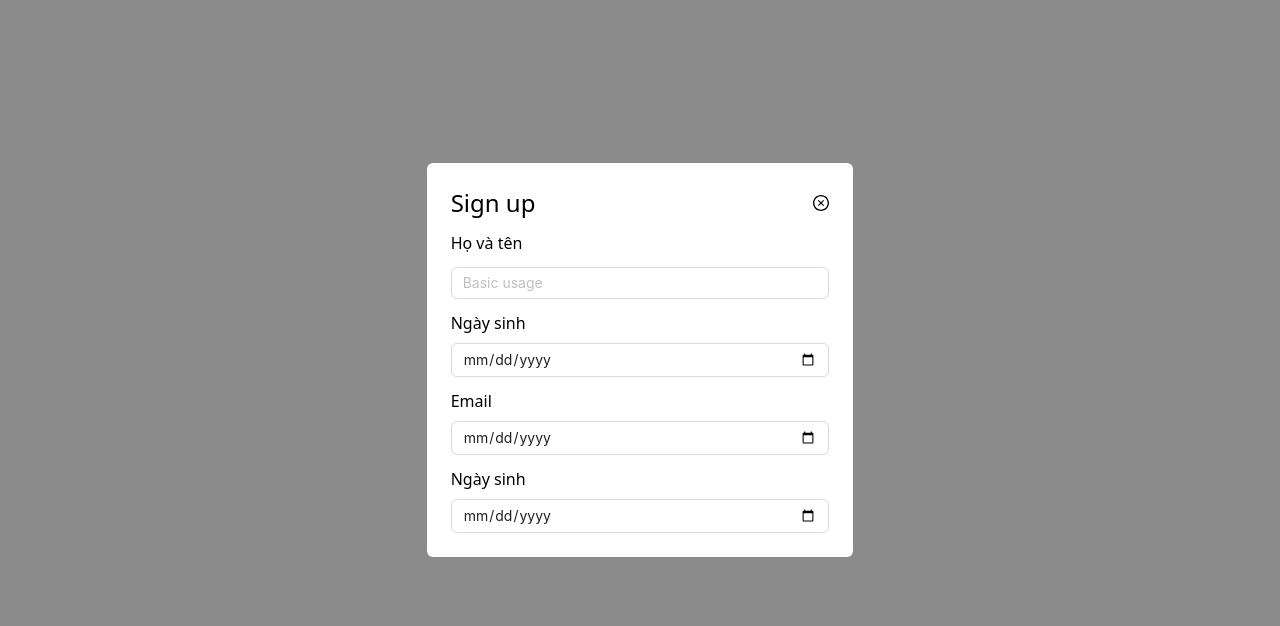
Repository: TinhTT336/MD02_Session14
Page: / (app in client/)
The author's editor kept a copy of each file at every save. The page is drawn from the files as they stood at one save, then again after the next save.
The browser window is 1280 px wide. The pictures show the whole page.
The project was rebuilt for these pictures with package versions that can differ from the ones it lists, and the page was loaded fresh each time. Also part of the build but not shown: client/vite.config.js, client/src/firebase/configFirebase.js, client/src/components/UploadSingleFile.jsx, client/src/components/register/register.css, client/src/components/register/Register.jsx, client/src/components/register/RegisterWithImg.jsx.

Above is the page before, as saved 2023-09-14 14:15:51.

### client/index.html
<!DOCTYPE html>
<html lang="en">
  <head>
    <meta charset="UTF-8" />
    <link rel="icon" type="image/svg+xml" href="/vite.svg" />
    <meta name="viewport" content="width=device-width, initial-scale=1.0" />
    <title>Vite + React</title>
    <!-- <link
      href="https://cdn.jsdelivr.net/npm/bootstrap@5.0.2/dist/css/bootstrap.min.css"
      rel="stylesheet"
      integrity="sha384-EVSTQN3/azprG1Anm3QDgpJLIm9Nao0Yz1ztcQTwFspd3yD65VohhpuuCOmLASjC"
      crossorigin="anonymous"
    />
    <link
      rel="stylesheet"
      href="https://cdnjs.cloudflare.com/ajax/libs/font-awesome/6.4.2/css/all.min.css"
      integrity="sha512-z3gLpd7yknf1YoNbCzqRKc4qyor8gaKU1qmn+CShxbuBusANI9QpRohGBreCFkKxLhei6S9CQXFEbbKuqLg0DA=="
      crossorigin="anonymous"
      referrerpolicy="no-referrer"
    /> -->
  </head>
  <body>
    <div id="root"></div>
    <script type="module" src="/src/main.jsx"></script>
  </body>
</html>

### client/src/App.jsx

import './App.css'
import UploadSingleFile from './components/UploadSingleFile'
import Register from './components/register/Register'
import RegisterWithImg from './components/register/RegisterWithImg'
import Signup from './components/signup/Signup'

function App() {

  return (
    <>
      {/* <UploadSingleFile /> */}
      {/* <Register /> */}
      {/* <RegisterWithImg /> */}
      <Signup />
    </>
  )
}

export default App

### client/src/components/signup/Signup.jsx
import React from 'react';
import { CloseCircleOutlined } from "@ant-design/icons";
import { Input } from 'antd';

export default function Signup() {
    return (
        <>
            <div className='fixed top-0 left-0 right-0 bottom-0 flex items-center justify-center bg-rgba-black'>
                <form className='bg-white p-6 rounded-md w-2/6'>
                    <div className='flex items-center justify-between'>
                        <h3 className='text-2xl'>Sign up</h3>
                        <CloseCircleOutlined className='cursor-pointer hover:bg-slate-300 rounded-full' />
                    </div>
                    <div className='mt-3'>
                        <label htmlFor="name">Họ và tên</label>
                        <Input placeholder="Basic usage" className='mt-3' name='name' id='name' />
                    </div>
                    <div className='mt-3'>
                        <label htmlFor="dateOfBirth">Ngày sinh</label>
                        <Input placeholder="Basic usage" className='mt-2' name='dateOfBirth' id='dateOfBirth' type='date' />
                    </div>
                    <div className='mt-3'>
                        <label htmlFor="email">Email</label>
                        <Input placeholder="Basic usage" className='mt-2' name='email' id='email' type='date' />
                    </div>
                    <div className='mt-3'>
                        <label htmlFor="name">Ngày sinh</label>
                        <Input placeholder="Basic usage" className='mt-2' name='name' id='name' type='date' />
                    </div>
                </form>
            </div>

        </>
    )
}

### client/tailwind.config.js
/** @type {import('tailwindcss').Config} */
export default {
  content: ["./index.html", "./src/**/*.{js,ts,jsx,tsx}"],
  theme: {
    extend: {
      backgroundColor: {
        "rgba-black": "rgba(0,0,0,0.45)",
      },
    },
  },
  plugins: [],
};

Loaded but not shown: client/src/main.jsx (common file); client/src/index.css (common file); client/src/App.css (common file)

After the next save:
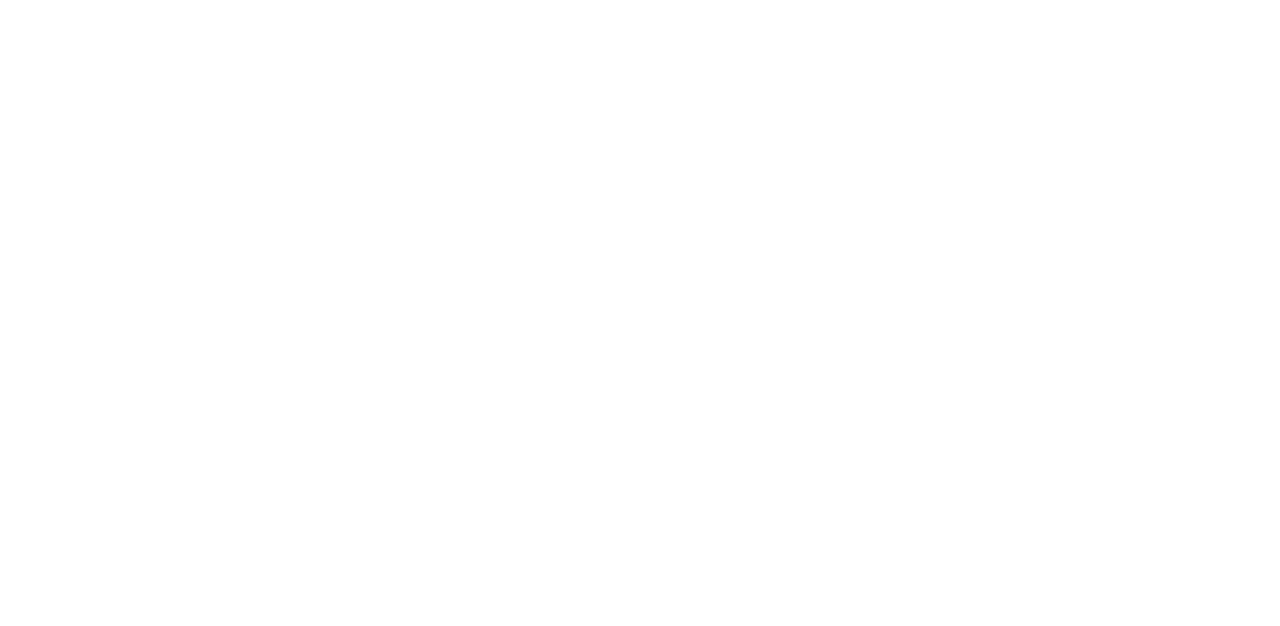
Console error: ReferenceError: useState is not defined
Saved 106 s later.
--- a/client/src/components/signup/Signup.jsx
+++ b/client/src/components/signup/Signup.jsx
@@ -1,8 +1,13 @@
 import React from 'react';
 import { CloseCircleOutlined } from "@ant-design/icons";
-import { Input } from 'antd';
+import { Input, Radio } from 'antd';
 
 export default function Signup() {
+    const [value, setValue] = useState(1);
+    const onChange = (e) => {
+        console.log('radio checked', e.target.value);
+        setValue(e.target.value);
+    };
     return (
         <>
             <div className='fixed top-0 left-0 right-0 bottom-0 flex items-center justify-center bg-rgba-black'>
@@ -20,6 +25,16 @@
                         <Input placeholder="Basic usage" className='mt-2' name='dateOfBirth' id='dateOfBirth' type='date' />
                     </div>
                     <div className='mt-3'>
+                        <label htmlFor="dateOfBirth">Giới tính</label>
+                        <div>
+                            <Radio.Group onChange={onChange} value={value}>
+                                <Radio value={1}>A</Radio>
+                                <Radio value={2}>B</Radio>
+                                <Radio value={3}>C</Radio>
+                            </Radio.Group>
+                        </div>
+                    </div>
+                    <div className='mt-3'>
                         <label htmlFor="email">Email</label>
                         <Input placeholder="Basic usage" className='mt-2' name='email' id='email' type='date' />
                     </div>

After the save that followed:
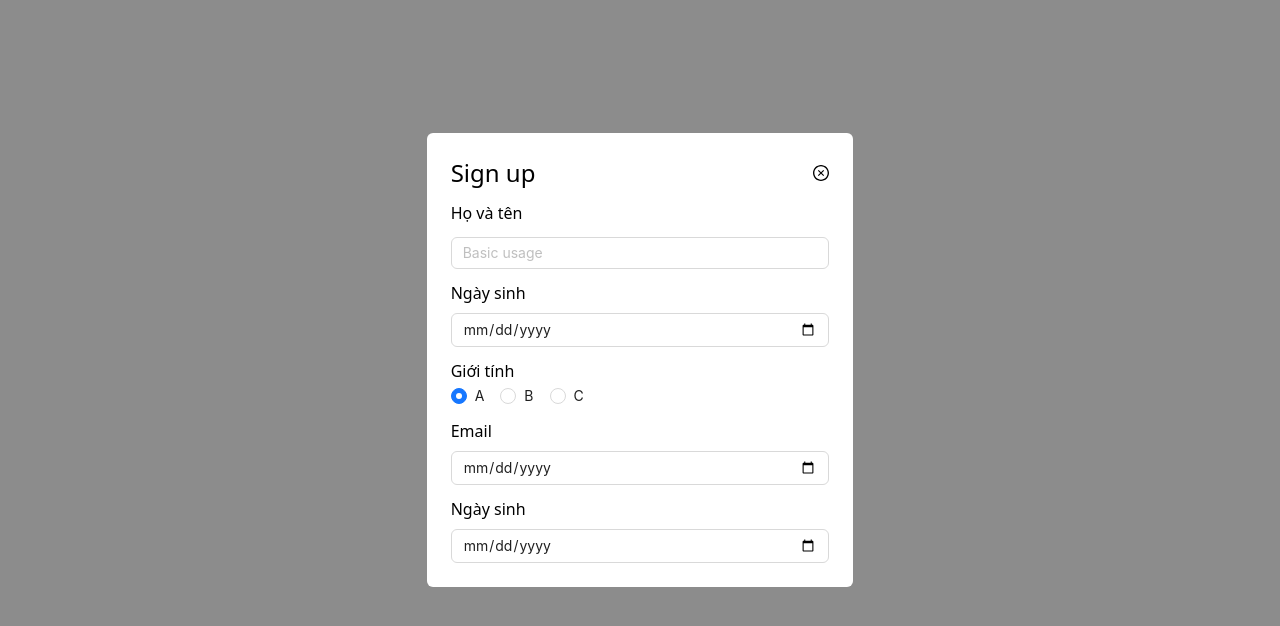
The error is gone.
Saved 15 s later.
--- a/client/src/components/signup/Signup.jsx
+++ b/client/src/components/signup/Signup.jsx
@@ -1,4 +1,4 @@
-import React from 'react';
+import React, { useState } from 'react';
 import { CloseCircleOutlined } from "@ant-design/icons";
 import { Input, Radio } from 'antd';
 
